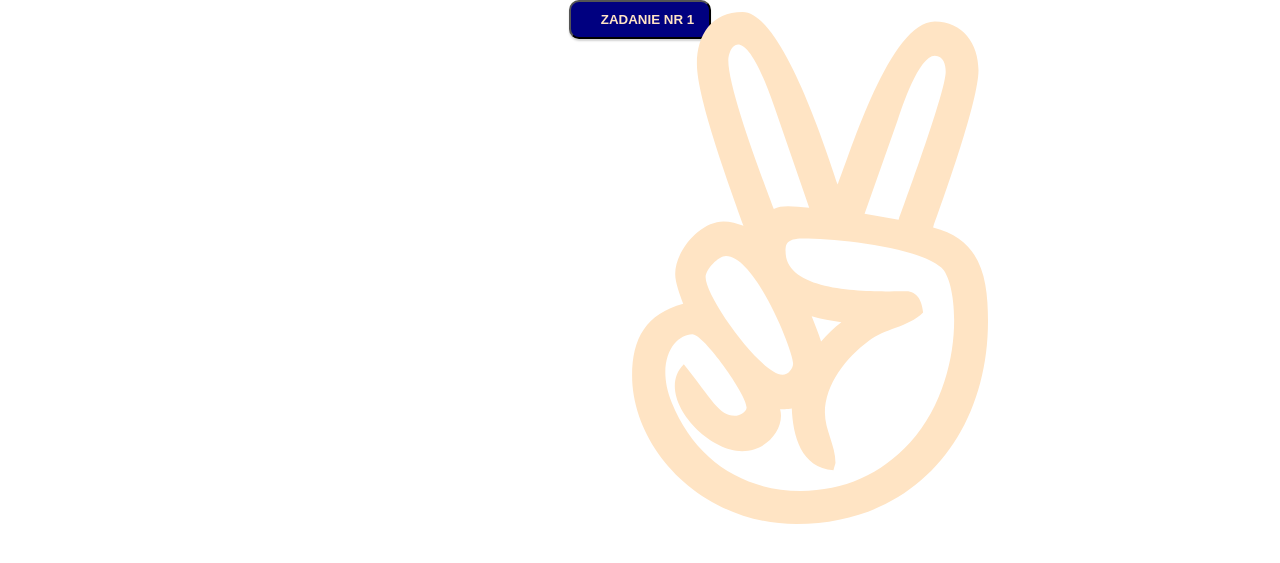
Repository: KrzysKolo/sr_tydzien3_zad_1_2_3
Page: /
These files come from the project's save history. The page is drawn as it stood at one moment and after the next save; the edit follows.
The browser window is 1280 px wide. The pictures show the whole page.
The project was rebuilt for these pictures with package versions that can differ from the ones it lists, and the page was loaded fresh each time.

Above is the page before, as saved 2020-11-02 15:14:55.

### src/App.js
import React,  { Component } from 'react';
import Button from './components/Form/Button';
import { FontAwesomeIcon } from '@fortawesome/react-fontawesome';
import { faThumbsUp } from "@fortawesome/free-solid-svg-icons";
import './App.css';


class App extends Component {
  state = {  }

  render() {

    return (
      <div className="app">
        <Button  bgColor="navy" color="bisque" label="Zadanie nr 1"/>

      </div>
     );
  }
}

export default App;

### src/components/Form/Button.js
import React from 'react';
import styled from 'styled-components';
import { FontAwesomeIcon } from '@fortawesome/react-fontawesome';
import { faAngellist } from '@fortawesome/free-brands-svg-icons';

const Button = ({label, color, bgColor, icon}) => {

    console.log(color);
    const Button = styled.button`
    padding: 10px 15px;
    border-radius: 10px;
    outline: 0;
    text-transform: uppercase;
    cursor: pointer;
    box-shadow: 0px 2px 2px lightgray;
    transition: ease background-color, color 0.6s;
    font-weight: bold;
    color: ${[color]};
    background-color: ${[bgColor]};
    &:hover {
        background-color: ${[color]};
        color: ${[bgColor]};
    }
    `;

    const styles = {
        paddingRight: 15,
    }


    return (

        <div>
            <Button >
                <FontAwesomeIcon style={styles} icon={icon} />{label}
            </Button>
        </div>
     );
}
Button.defaultProps = {
    bgColor: "#1B1464",
    color: "#FFC312",
    label: "Click me",
    icon: faAngellist,
}

export default Button;

### src/App.css
* {
  padding: 0;
  margin: 0;
  box-sizing: border-box;
}
.app {
  display: flex;
  flex-direction: column;
  justify-content: center;
  align-items: center;
}

Loaded but not shown: public/index.html (common file); src/index.js (common file); src/index.css (common file)

After the next save:
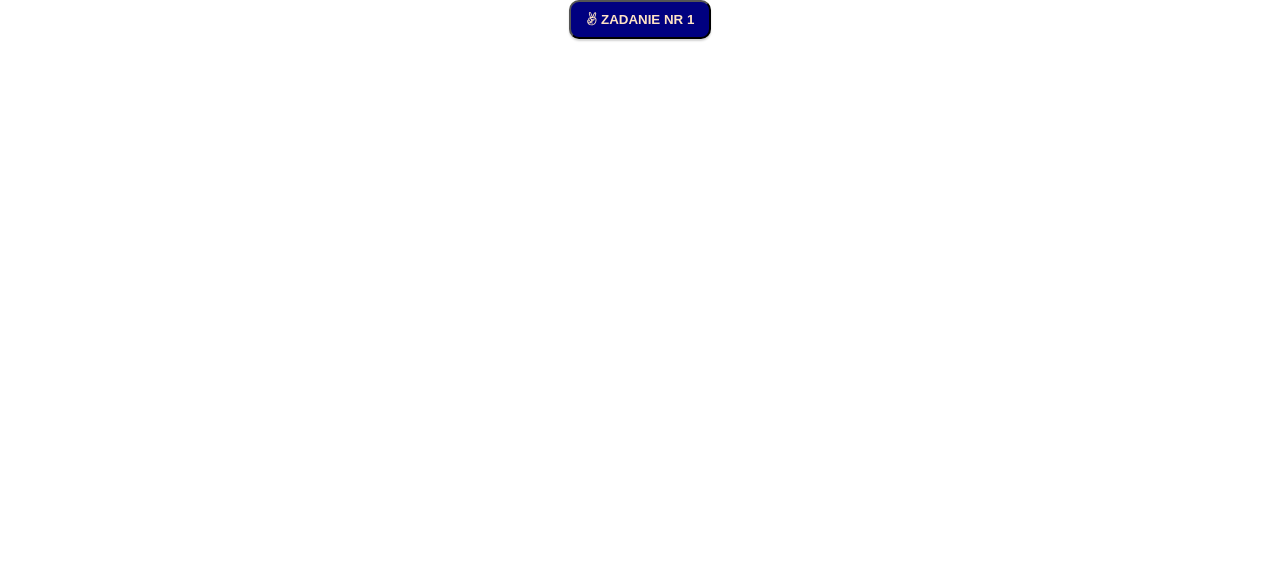
Saved 2 min 40 s later.
--- a/src/components/Form/Button.js
+++ b/src/components/Form/Button.js
@@ -32,7 +32,7 @@ const Button = ({label, color, bgColor, icon}) => {
 
         <div>
             <Button >
-                <FontAwesomeIcon style={styles} icon={icon} />{label}
+            {icon && <FontAwesomeIcon icon={icon} />} {label}
             </Button>
         </div>
      );
